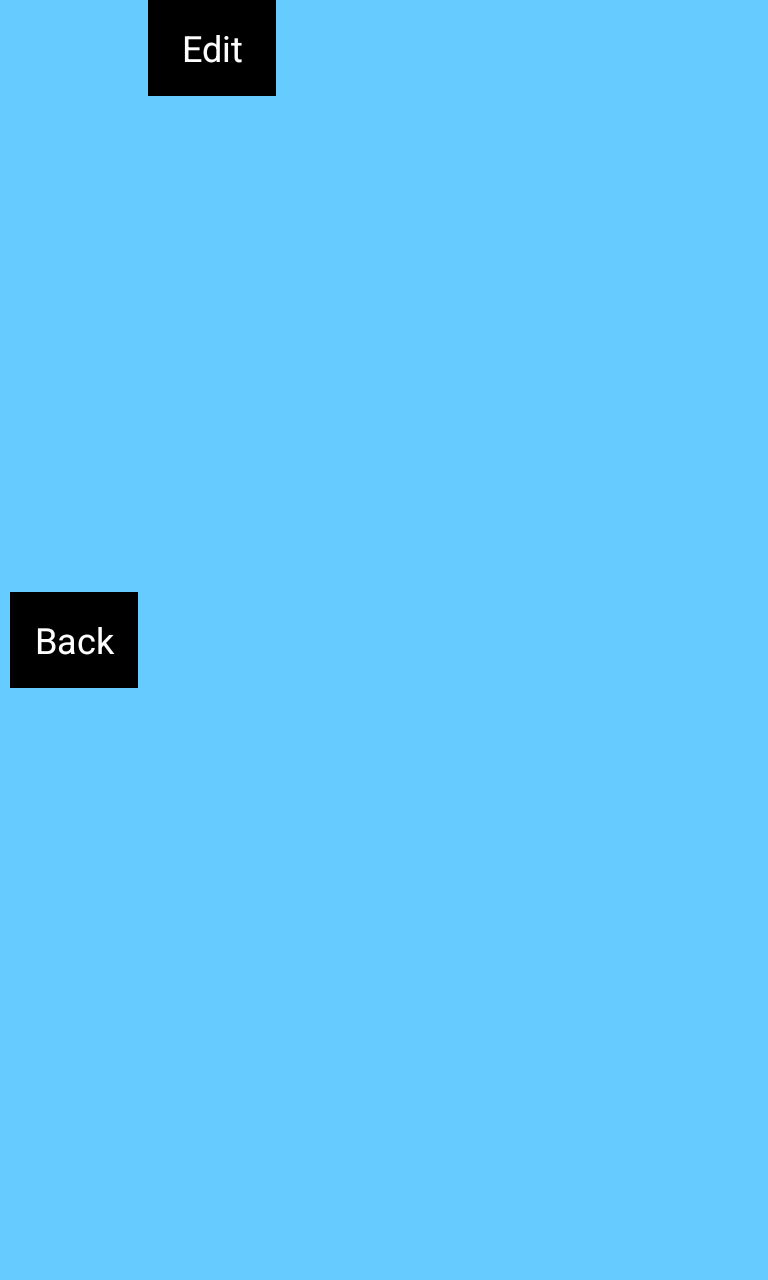
Repository: Ollyder/eclipse_work
Layout: TableLayout/res/layout/title.xml
These files come from the project's save history. The layout is drawn as it stood at one moment and after the next save; the edit follows.
It is drawn on a 768 x 1280 px phone screen (xhdpi) without system bars, with theme AppTheme; the app's code is not run.

Above is the layout before, as saved 2017-05-28 05:33:11.

After the next save:
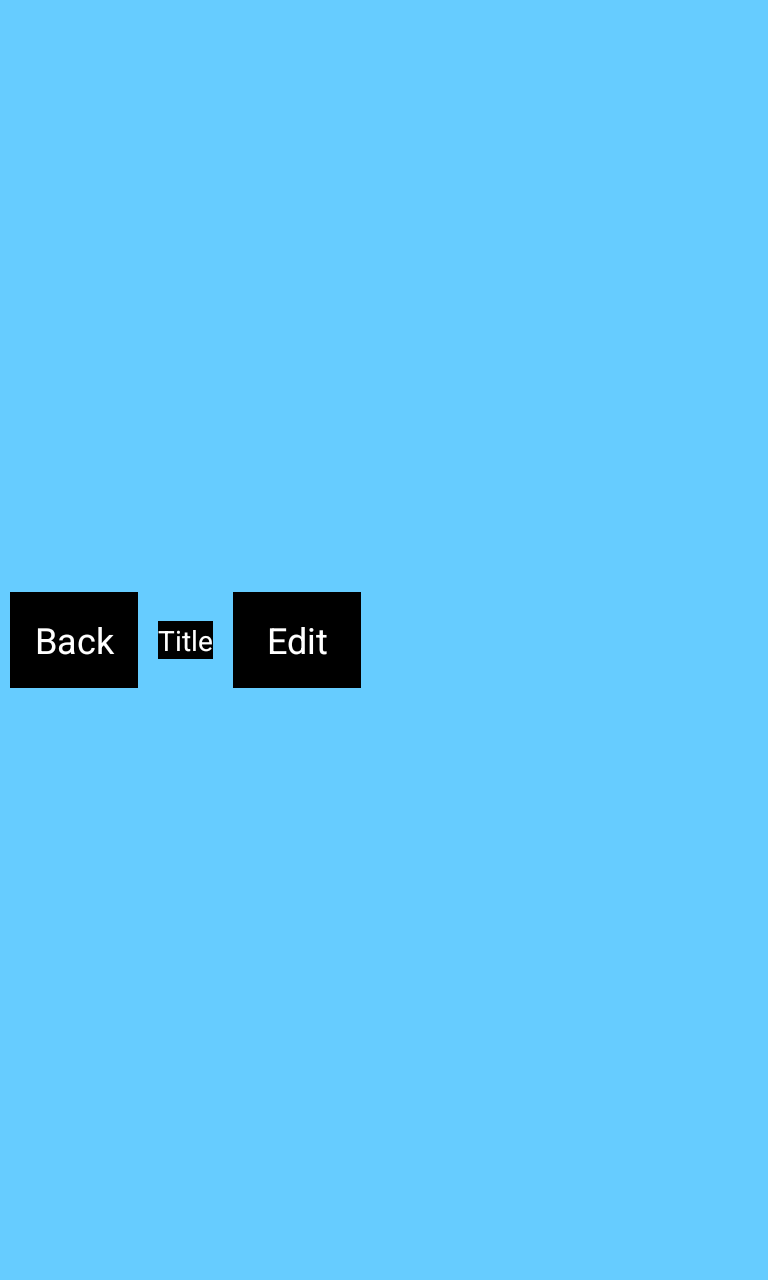
Saved 24 s later.
--- a/TableLayout/res/layout/title.xml
+++ b/TableLayout/res/layout/title.xml
@@ -15,15 +15,15 @@
         android:textColor="#ffffff"
         android:text="Back" />
 
-    <!-- <TextView
+    <TextView
         android:id="@+id/title_text_view1"
         android:layout_width="wrap_content"
         android:layout_height="wrap_content"
-
         android:layout_gravity="center"
+        android:layout_margin="5dip"
         android:background="#000000"
         android:textColor="#ffffff"
-        android:text="Title" /> -->
+        android:text="Title" />
 
      <Button
         android:id="@+id/title_button2"
@@ -32,7 +32,8 @@
 
         android:background="#000000"
         android:text="Edit"
-        android:layout_gravity="right"
+        android:layout_gravity="center"
+        android:layout_margin="5dip"
         android:textColor="#ffffff" />
 
 </LinearLayout>
